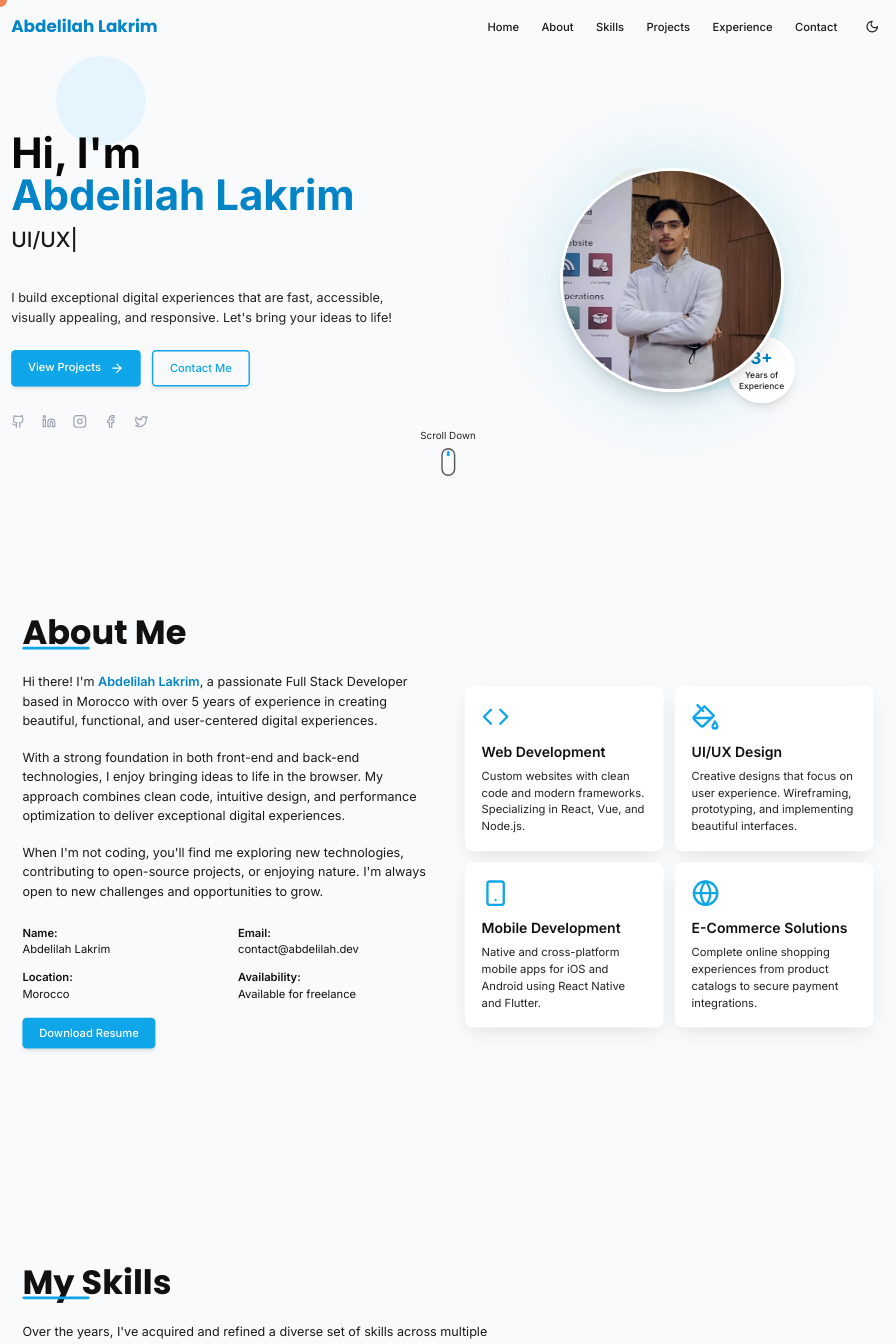
Repository: Abdelilah-Lakrim/Personal_Portfolio
Page: /
An editor plug-in stored every save of this project. The page is shown before and after the next save, followed by the edit.
The browser window is 1280 px wide. The pictures show the part of the page from y = 0 to 1920 px (the page is 7905 px tall), at 70% of full size.
The project was rebuilt for these pictures with package versions that can differ from the ones it lists, and the page was loaded fresh each time. Also part of the build but not shown: vite.config.ts.

Above is the page before, as saved 2025-05-21 12:33:06.

### index.html
<!doctype html>
<html lang="en">
  <head>
    <meta charset="UTF-8" />
    <link rel="icon" type="image/svg+xml" href="/favicon.svg" />
    <meta name="viewport" content="width=device-width, initial-scale=1.0" />
    <meta name="description" content="Abdelilah Lakrim - Full Stack Developer Portfolio">
    <title>Abdelilah Lakrim | Full Stack Developer</title>
  </head>
  <body>
    <div id="root"></div>
    <script type="module" src="/src/main.tsx"></script>
  </body>
</html>

### src/App.tsx
import React, { useEffect, useState } from 'react';
import Header from './components/Header';
import Hero from './components/Hero';
import About from './components/About';
import Projects from './components/Projects';
import Experience from './components/Experience';
import Skills from './components/Skills';
import Contact from './components/Contact';
import Footer from './components/Footer';
import Cursor from './components/Cursor';
import ScrollToTop from './components/ScrollToTop';

// Import smooth scrolling
import Lenis from '@studio-freight/lenis';

function App() {
  const [mounted, setMounted] = useState(false);

  useEffect(() => {
    // Initialize smooth scrolling
    const lenis = new Lenis({
      duration: 1.2,
      easing: (t) => Math.min(1, 1.001 - Math.pow(2, -10 * t)),
      orientation: 'vertical',
      gestureOrientation: 'vertical',
      smoothWheel: true,
      smoothTouch: false,
      touchMultiplier: 2,
    });

    function raf(time: number) {
      lenis.raf(time);
      requestAnimationFrame(raf);
    }

    requestAnimationFrame(raf);

    // Add intersection observer for animation on scroll
    const observer = new IntersectionObserver(
      (entries) => {
        entries.forEach((entry) => {
          if (entry.isIntersecting) {
            entry.target.classList.add('animate-visible');
          }
        });
      },
      { threshold: 0.1 }
    );

    const hiddenElements = document.querySelectorAll('.animate-hidden');
    hiddenElements.forEach((el) => observer.observe(el));

    setMounted(true);

    return () => {
      // Cleanup
      hiddenElements.forEach((el) => observer.unobserve(el));
    };
  }, []);

  return (
    <div className="hidden-cursor min-h-screen bg-gray-50">
      {mounted && <Cursor />}
      <Header />
      <main>
        <Hero />
        <About />
        <Skills />
        <Projects />
        <Experience />
        <Contact />
      </main>
      <Footer />
      <ScrollToTop />
    </div>
  );
}

export default App;

### src/index.css
@import url('https://fonts.googleapis.com/css2?family=Inter:wght@300;400;500;600;700&family=Poppins:wght@500;600;700&display=swap');

@tailwind base;
@tailwind components;
@tailwind utilities;

:root {
  --cursor-color: rgba(14, 165, 233, 0.7);
}

* {
  margin: 0;
  padding: 0;
  box-sizing: border-box;
  scroll-behavior: smooth;
}

body {
  @apply bg-gray-50 text-dark-800 font-sans overflow-x-hidden;
}

/* Custom cursor styles */
.custom-cursor {
  position: fixed;
  width: 20px;
  height: 20px;
  border-radius: 50%;
  background-color: var(--cursor-color);
  transform: translate(-50%, -50%);
  pointer-events: none;
  z-index: 9999;
  mix-blend-mode: difference;
  transition: transform 0.2s ease-out, opacity 0.2s ease-out, width 0.2s ease-out, height 0.2s ease-out;
}

.custom-cursor.hover {
  width: 50px;
  height: 50px;
  opacity: 0.5;
}

.hidden-cursor {
  cursor: none;
}

/* Custom scrollbar */
::-webkit-scrollbar {
  width: 8px;
}

::-webkit-scrollbar-track {
  @apply bg-gray-100;
}

::-webkit-scrollbar-thumb {
  @apply bg-primary-500 rounded-full;
}

::-webkit-scrollbar-thumb:hover {
  @apply bg-primary-600;
}

/* Section styles */
.section-container {
  @apply max-w-7xl mx-auto px-4 sm:px-6 lg:px-8 py-20;
}

.section-title {
  @apply text-3xl md:text-4xl lg:text-5xl font-bold font-heading mb-8 text-dark-800 relative;
}

.section-title::after {
  content: '';
  @apply absolute bottom-0 left-0 w-24 h-1 bg-primary-500 mt-2 rounded-full;
}

/* Button styles */
.btn-primary {
  @apply px-6 py-3 bg-primary-500 text-white font-medium rounded-md shadow-md hover:bg-primary-600 transition-all duration-300 transform hover:-translate-y-1 focus:outline-none focus:ring-2 focus:ring-primary-400 focus:ring-opacity-50;
}

.btn-secondary {
  @apply px-6 py-3 bg-transparent border-2 border-primary-500 text-primary-500 font-medium rounded-md shadow-md hover:bg-primary-50 transition-all duration-300 transform hover:-translate-y-1 focus:outline-none focus:ring-2 focus:ring-primary-400 focus:ring-opacity-50;
}

/* 3D card effect */
.tilt-card {
  @apply relative overflow-hidden rounded-xl shadow-smooth bg-white p-6 transition-all duration-300 hover:shadow-neon;
  transform-style: preserve-3d;
  transform: perspective(1000px);
}

.skill-bar {
  @apply h-2 rounded-full bg-gray-200 overflow-hidden mt-2;
}

.skill-progress {
  @apply h-full bg-primary-500 rounded-full;
  transition: width 1.5s ease-in-out;
}

/* Animation classes */
.animate-hidden {
  opacity: 0;
  transform: translateY(30px);
}

.animate-visible {
  opacity: 1;
  transform: translateY(0);
  transition: opacity 0.8s ease, transform 0.8s ease;
}

/* Project card styles */
.project-card {
  @apply relative overflow-hidden rounded-xl shadow-smooth transition-all duration-300;
  transform-style: preserve-3d;
  transform: perspective(1000px);
}

.project-card img {
  @apply transition-all duration-500;
}

.project-card:hover img {
  @apply scale-105;
}

.project-card-content {
  @apply absolute inset-0 p-6 flex flex-col justify-end bg-gradient-to-t from-dark-900/80 to-transparent text-white opacity-0 transition-all duration-300;
}

.project-card:hover .project-card-content {
  @apply opacity-100;
}

/* Timeline styles */
.timeline-container {
  @apply relative;
}

.timeline-container::before {
  content: '';
  @apply absolute left-0 md:left-1/2 h-full w-0.5 bg-primary-200 transform md:-translate-x-1/2;
}

.timeline-item {
  @apply relative pt-10 pb-10;
}

.timeline-dot {
  @apply absolute left-0 md:left-1/2 w-4 h-4 rounded-full bg-primary-500 border-4 border-white shadow-md transform md:-translate-x-1/2 z-10;
}

.timeline-content {
  @apply ml-6 md:ml-0 md:w-5/12 p-6 bg-white rounded-xl shadow-smooth transition-all duration-300 hover:shadow-neon;
}

.timeline-item:nth-child(even) .timeline-content {
  @apply md:ml-auto md:mr-0;
}

.timeline-item:nth-child(odd) .timeline-content {
  @apply md:mr-auto md:ml-0;
}

### src/components/Hero.tsx
import React, { useEffect, useRef } from 'react';
import { motion } from 'framer-motion';
import { TypeAnimation } from 'react-type-animation';
import { ArrowRight, Facebook, Github as GitHub, Instagram, Linkedin, Twitter } from 'lucide-react';
import gsap from 'gsap';

const Hero: React.FC = () => {
  const heroRef = useRef<HTMLDivElement>(null);

  // Parallax effect on mouse move
  useEffect(() => {
    const handleMouseMove = (e: MouseEvent) => {
      if (!heroRef.current) return;

      const { clientX, clientY } = e;
      const { innerWidth, innerHeight } = window;

      // Calculate how far the mouse has moved from the center as a percentage
      const moveX = (clientX - innerWidth / 2) / (innerWidth / 2);
      const moveY = (clientY - innerHeight / 2) / (innerHeight / 2);

      // Apply parallax effect to elements
      const elements = heroRef.current.querySelectorAll('.parallax');
      elements.forEach((el, index) => {
        const htmlEl = el as HTMLElement;
        const factor = index * 5 + 15;
        gsap.to(htmlEl, {
          x: moveX * factor,
          y: moveY * factor,
          duration: 1,
          ease: 'power1.out'
        });
      });
    };

    window.addEventListener('mousemove', handleMouseMove);

    return () => {
      window.removeEventListener('mousemove', handleMouseMove);
    };
  }, []);

  return (
    <section
      id="home"
      ref={heroRef}
      className="relative min-h-screen flex items-center justify-center overflow-hidden"
    >
      {/* Background elements */}
      <div className="absolute inset-0 z-0">
        <div className="parallax absolute top-20 left-20 w-32 h-32 rounded-full bg-primary-200 opacity-30"></div>
        <div className="parallax absolute bottom-40 right-40 w-60 h-60 rounded-full bg-secondary-200 opacity-20"></div>
        <div className="parallax absolute top-1/3 right-1/4 w-24 h-24 rounded-full bg-accent-200 opacity-20"></div>
      </div>

      <div className="container mx-auto px-4 z-10 pt-20">
        <div className="grid grid-cols-1 lg:grid-cols-2 gap-8 items-center">
          {/* Hero Content */}
          <motion.div
            initial={{ opacity: 0, y: 50 }}
            animate={{ opacity: 1, y: 0 }}
            transition={{ duration: 0.8, ease: "easeOut" }}
            className="text-center lg:text-left"
          >
            <h1 className="text-4xl sm:text-5xl md:text-6xl font-bold mb-4 text-dark-900 leading-tight">
              <span className="block">Hi, I'm</span>
              <span className="text-primary-600">Abdelilah Lakrim</span>
            </h1>
            <div className="text-xl sm:text-2xl md:text-3xl text-dark-700 mb-6 h-16">
              <TypeAnimation
                sequence={[
                  'Full Stack Developer',
                  2000,
                  'UI/UX Designer',
                  2000,
                  'Mobile Developer',
                  2000,
                  'Freelancer',
                  2000,
                ]}
                wrapper="div"
                speed={50}
                repeat={Infinity}
                className="font-medium"
              />
            </div>
            <p className="text-lg text-dark-600 mb-8 max-w-xl mx-auto lg:mx-0">
              I build exceptional digital experiences that are fast, accessible, visually appealing, and responsive. Let's bring your ideas to life!
            </p>

            {/* CTA Buttons */}
            <div className="flex flex-col sm:flex-row justify-center lg:justify-start space-y-4 sm:space-y-0 sm:space-x-4">
              <a href="#projects" className="btn-primary">
                View Projects <ArrowRight className="inline-block ml-2 w-5 h-5" />
              </a>
              <a href="#contact" className="btn-secondary">
                Contact Me
              </a>
            </div>

            {/* Social Media Links */}
            <div className="mt-10 flex justify-center lg:justify-start space-x-6">
              <a
                href="https://github.com/Abdelilah-Lakrim"
                target="_blank"
                rel="noopener noreferrer"
                className="text-gray-400 hover:text-primary-400 transition-colors"
              >
                <GitHub className="w-5 h-5" />
              </a>
              <a
                href="https://www.linkedin.com/in/abdelilah-lakrim/"
                target="_blank"
                rel="noopener noreferrer"
                className="text-gray-400 hover:text-primary-400 transition-colors"
              >
                <Linkedin className="w-5 h-5" />
              </a>
              <a
                href="https://www.instagram.com/abdelilahlakrim/"
                target="_blank"
                rel="noopener noreferrer"
                className="text-gray-400 hover:text-primary-400 transition-colors"
              >
                <Instagram className="w-5 h-5" />
              </a>
              <a
                href="https://www.facebook.com/abdelilah.lakrim.9/"
                target="_blank"
                rel="noopener noreferrer"
                className="text-gray-400 hover:text-primary-400 transition-colors"
              >
                <Facebook className="w-5 h-5" />
              </a>
              <a
                href="https://x.com/LakrimAbdelilah"
                target="_blank"
                rel="noopener noreferrer"
                className="text-gray-400 hover:text-primary-400 transition-colors"
              >
                <Twitter className="w-5 h-5" />
              </a>
            </div>
          </motion.div>

          {/* Hero Image */}
          <motion.div
            initial={{ opacity: 0, scale: 0.8 }}
            animate={{ opacity: 1, scale: 1 }}
            transition={{ duration: 0.8, ease: "easeOut", delay: 0.2 }}
            className="flex justify-center"
          >
            <div className="relative">
              <div className="absolute inset-0 bg-gradient-to-r from-primary-500 to-secondary-500 rounded-full blur-3xl opacity-20"></div>
              <img src="public/image/Portrait.jpg" className="relative z-50 w-64 h-64 sm:w-80 sm:h-80 rounded-full border-4 border-white shadow-xl"/>
              <div className="absolute -bottom-4 -right-4 w-24 h-24 bg-white rounded-full flex items-center justify-center shadow-lg z-20">
                <div className="text-xs font-medium text-center">
                  <span className="block text-primary-600 font-bold text-2xl">3+</span>
                  <span className="text-dark-600">Years of<br/>Experience</span>
                </div>
              </div>
            </div>
          </motion.div>
        </div>
      </div>

      {/* Scroll indicator */}
      <div className="absolute bottom-10 left-1/2 transform -translate-x-1/2 flex flex-col items-center">
        <span className="text-dark-600 text-sm mb-2">Scroll Down</span>
        <div className="w-5 h-10 border-2 border-dark-400 rounded-full flex justify-center">
          <div className="w-1 h-2 bg-primary-500 rounded-full mt-1 animate-bounce"></div>
        </div>
      </div>
    </section>
  );
};

export default Hero;

### src/components/About.tsx
import React from 'react';
import { motion } from 'framer-motion';
import { Code, PaintBucket, Smartphone, Globe } from 'lucide-react';
import { Tilt } from 'react-tilt';

const tiltOptions = {
  max: 15,
  scale: 1.05,
  speed: 1000,
  glare: true,
  "max-glare": 0.1,
};

const About: React.FC = () => {
  const services = [
    {
      title: 'Web Development',
      icon: <Code className="w-10 h-10 text-primary-500" />,
      description:
        'Custom websites with clean code and modern frameworks. Specializing in React, Vue, and Node.js.',
    },
    {
      title: 'UI/UX Design',
      icon: <PaintBucket className="w-10 h-10 text-primary-500" />,
      description:
        'Creative designs that focus on user experience. Wireframing, prototyping, and implementing beautiful interfaces.',
    },
    {
      title: 'Mobile Development',
      icon: <Smartphone className="w-10 h-10 text-primary-500" />,
      description:
        'Native and cross-platform mobile apps for iOS and Android using React Native and Flutter.',
    },
    {
      title: 'E-Commerce Solutions',
      icon: <Globe className="w-10 h-10 text-primary-500" />,
      description:
        'Complete online shopping experiences from product catalogs to secure payment integrations.',
    },
  ];

  return (
    <section id="about" className="py-20">
      <div className="section-container">
        <motion.div
          initial={{ opacity: 0, y: 20 }}
          whileInView={{ opacity: 1, y: 0 }}
          viewport={{ once: true }}
          transition={{ duration: 0.8 }}
          className="animate-hidden"
        >
          <h2 className="section-title">About Me</h2>
          <div className="grid grid-cols-1 lg:grid-cols-2 gap-12 items-center">
            {/* About content */}
            <div>
              <p className="text-lg text-dark-700 mb-6">
                Hi there! I'm <span className="font-semibold text-primary-600">Abdelilah Lakrim</span>, a passionate Full Stack Developer based in Morocco with over 5 years of experience in creating beautiful, functional, and user-centered digital experiences.
              </p>
              <p className="text-lg text-dark-700 mb-6">
                With a strong foundation in both front-end and back-end technologies, I enjoy bringing ideas to life in the browser. My approach combines clean code, intuitive design, and performance optimization to deliver exceptional digital experiences.
              </p>
              <p className="text-lg text-dark-700 mb-8">
                When I'm not coding, you'll find me exploring new technologies, contributing to open-source projects, or enjoying nature. I'm always open to new challenges and opportunities to grow.
              </p>

              {/* Personal details */}
              <div className="grid grid-cols-1 md:grid-cols-2 gap-y-4 gap-x-8 mb-8">
                <div>
                  <h3 className="text-dark-800 font-semibold">Name:</h3>
                  <p>Abdelilah Lakrim</p>
                </div>
                <div>
                  <h3 className="text-dark-800 font-semibold">Email:</h3>
                  <p>contact@abdelilah.dev</p>
                </div>
                <div>
                  <h3 className="text-dark-800 font-semibold">Location:</h3>
                  <p>Morocco</p>
                </div>
                <div>
                  <h3 className="text-dark-800 font-semibold">Availability:</h3>
                  <p>Available for freelance</p>
                </div>
              </div>

              <a href="/abdelilah-lakrim-resume.pdf" className="btn-primary">
                Download Resume
              </a>
            </div>

            {/* Services */}
            <div className="grid grid-cols-1 sm:grid-cols-2 gap-4">
              {services.map((service, index) => (
                <Tilt key={index} options={tiltOptions}>
                  <div className="tilt-card h-full">
                    <div className="mb-4">{service.icon}</div>
                    <h3 className="text-xl font-semibold text-dark-800 mb-2">
                      {service.title}
                    </h3>
                    <p className="text-dark-600">{service.description}</p>
                  </div>
                </Tilt>
              ))}
            </div>
          </div>
        </motion.div>
      </div>
    </section>
  );
};

export default About;

### src/components/Cursor.tsx
import React, { useEffect, useState } from 'react';

const Cursor: React.FC = () => {
  const [position, setPosition] = useState({ x: 0, y: 0 });
  const [hidden, setHidden] = useState(false);
  const [clicked, setClicked] = useState(false);
  const [hovering, setHovering] = useState(false);

  useEffect(() => {
    const updatePosition = (e: MouseEvent) => {
      setPosition({ x: e.clientX, y: e.clientY });
    };

    const handleMouseEnter = () => setHidden(false);
    const handleMouseLeave = () => setHidden(true);
    const handleMouseDown = () => setClicked(true);
    const handleMouseUp = () => setClicked(false);

    const handleLinkHover = () => setHovering(true);
    const handleLinkLeave = () => setHovering(false);

    // Add event listeners
    window.addEventListener('mousemove', updatePosition);
    document.body.addEventListener('mouseenter', handleMouseEnter);
    document.body.addEventListener('mouseleave', handleMouseLeave);
    window.addEventListener('mousedown', handleMouseDown);
    window.addEventListener('mouseup', handleMouseUp);

    // Add hover effect for links and buttons
    const interactiveElements = document.querySelectorAll('a, button, .tilt-card, .project-card');
    interactiveElements.forEach(el => {
      el.addEventListener('mouseenter', handleLinkHover);
      el.addEventListener('mouseleave', handleLinkLeave);
    });

    return () => {
      window.removeEventListener('mousemove', updatePosition);
      document.body.removeEventListener('mouseenter', handleMouseEnter);
      document.body.removeEventListener('mouseleave', handleMouseLeave);
      window.removeEventListener('mousedown', handleMouseDown);
      window.removeEventListener('mouseup', handleMouseUp);

      interactiveElements.forEach(el => {
        el.removeEventListener('mouseenter', handleLinkHover);
        el.removeEventListener('mouseleave', handleLinkLeave);
      });
    };
  }, []);

  const cursorStyle = {
    left: `${position.x}px`,
    top: `${position.y}px`,
    transform: `translate(-50%, -50%) scale(${clicked ? 0.8 : 1})`,
    opacity: hidden ? 0 : 1,
  };

  const cursorClass = `custom-cursor ${hovering ? 'hover' : ''}`;

  return <div className={cursorClass} style={cursorStyle}></div>;
};

export default Cursor;

### src/components/ScrollToTop.tsx
import React, { useEffect, useState } from 'react';
import { ArrowUp } from 'lucide-react';

const ScrollToTop: React.FC = () => {
  const [isVisible, setIsVisible] = useState(false);

  useEffect(() => {
    const toggleVisibility = () => {
      if (window.scrollY > 500) {
        setIsVisible(true);
      } else {
        setIsVisible(false);
      }
    };

    window.addEventListener('scroll', toggleVisibility);

    return () => window.removeEventListener('scroll', toggleVisibility);
  }, []);

  const scrollToTop = () => {
    window.scrollTo({
      top: 0,
      behavior: 'smooth',
    });
  };

  return (
    <button
      onClick={scrollToTop}
      className={`fixed bottom-8 right-8 p-3 rounded-full bg-primary-500 text-white shadow-lg hover:bg-primary-600 transition-all duration-300 z-50 ${
        isVisible ? 'opacity-100 translate-y-0' : 'opacity-0 translate-y-10 pointer-events-none'
      }`}
      aria-label="Scroll to top"
    >
      <ArrowUp className="w-6 h-6" />
    </button>
  );
};

export default ScrollToTop;

Loaded but not shown: src/main.tsx (common file); tailwind.config.js (95 lines, source omitted); src/components/Projects.tsx (249 lines, source omitted); src/components/Contact.tsx (241 lines, source omitted); src/components/Experience.tsx (189 lines, source omitted); src/components/Footer.tsx (154 lines, source omitted); src/components/Skills.tsx (161 lines, source omitted); src/components/Header.tsx (145 lines, source omitted)

After the next save:
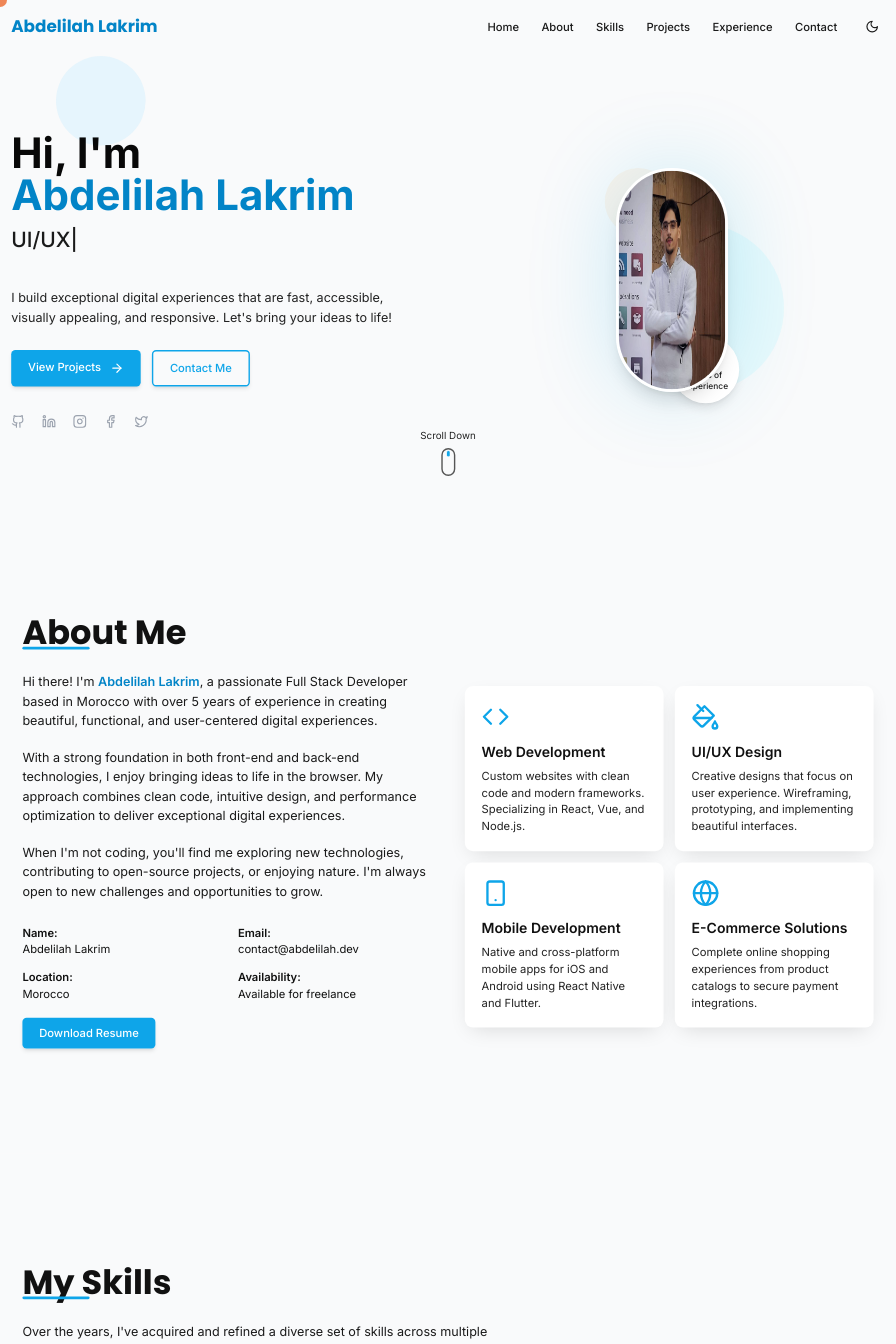
Saved 4 s later.
--- a/src/components/Hero.tsx
+++ b/src/components/Hero.tsx
@@ -152,7 +152,7 @@ const Hero: React.FC = () => {
           >
             <div className="relative">
               <div className="absolute inset-0 bg-gradient-to-r from-primary-500 to-secondary-500 rounded-full blur-3xl opacity-20"></div>
-              <img src="public/image/Portrait.jpg" className="relative z-50 w-64 h-64 sm:w-80 sm:h-80 rounded-full border-4 border-white shadow-xl"/>
+              <img src="public/image/Portrait.jpg" className="relative z-50 w-64 h-64 sm:w-40 sm:h-80 rounded-full border-4 border-white shadow-xl"/>
               <div className="absolute -bottom-4 -right-4 w-24 h-24 bg-white rounded-full flex items-center justify-center shadow-lg z-20">
                 <div className="text-xs font-medium text-center">
                   <span className="block text-primary-600 font-bold text-2xl">3+</span>
